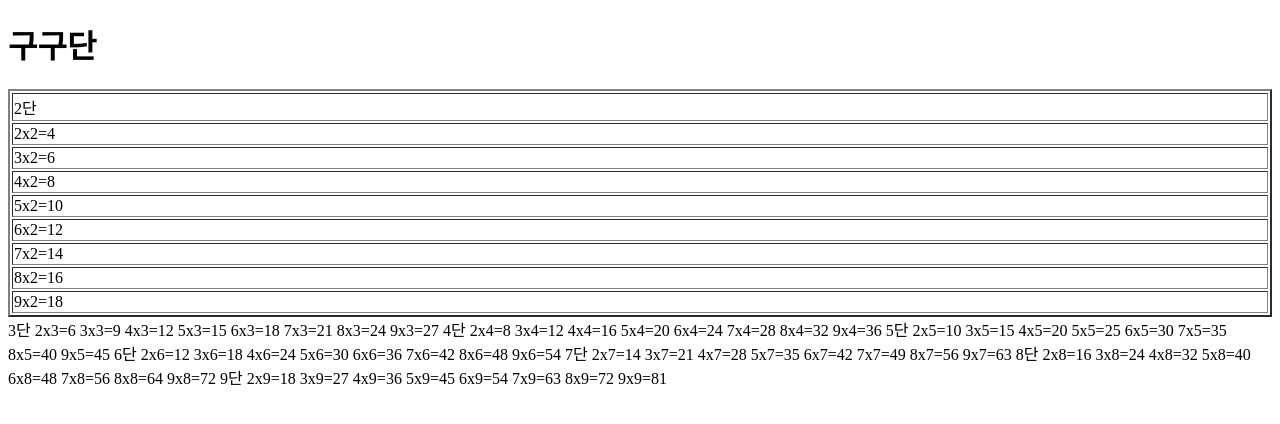
Repository: hwa3845/fullstackjava
Page: http://localhost/web02/ex04.jsp
An editor plug-in stored every save of this project. The page is shown before and after the next save, followed by the edit.
The browser window is 1280 px wide. The pictures show the whole page.
The page is served by Tomcat 9.

Above is the page before, as saved 2025-04-15 02:57:16.

### webWorkspace/web02/WebContent/ex04.jsp
<%@ page language="java" contentType="text/html; charset=UTF-8"
    pageEncoding="UTF-8"%>
<!DOCTYPE html PUBLIC "-//W3C//DTD HTML 4.01 Transitional//EN" "http://www.w3.org/TR/html4/loose.dtd">
<html>
<head>
<meta http-equiv="Content-Type" content="text/html; charset=UTF-8">
<title>Insert title here</title>
</head>
<body>
<h1>구구단</h1>
<table border="2" width="100%">
<tr>
<%for(int i=2; i<10; i++){%>
<td><%out.print(i+"단");%></td>
<%for(int j=2; j<10; j++){ %>
<tr><td><%out.print(j+"x"+i+"="+j*i);%></td></tr>
<% }%>

</tr>
</table>
<%
}
%>
</body>
</html>

After the next save:
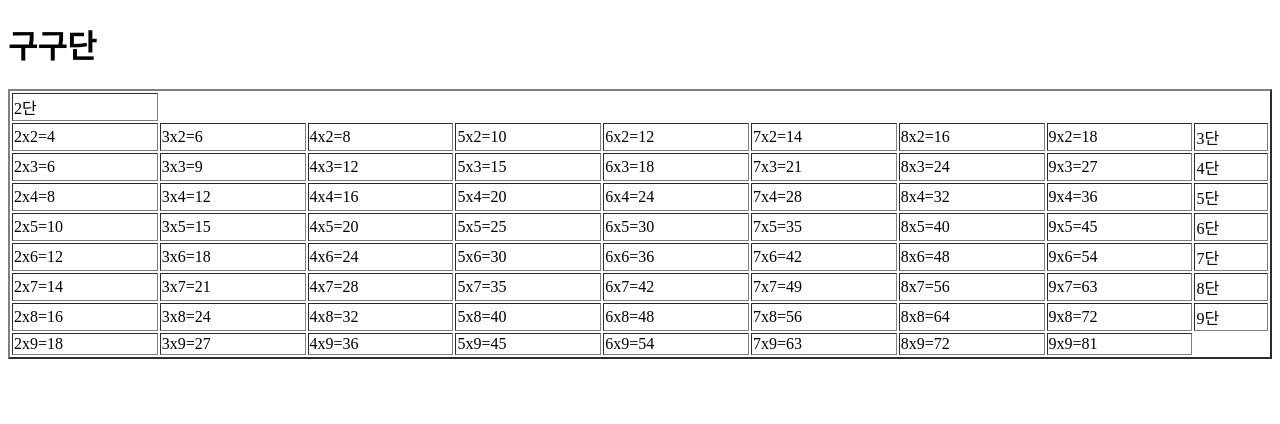
Saved 53 s later.
--- a/webWorkspace/web02/WebContent/ex04.jsp
+++ b/webWorkspace/web02/WebContent/ex04.jsp
@@ -11,15 +11,13 @@
 <table border="2" width="100%">
 <tr>
 <%for(int i=2; i<10; i++){%>
-<td><%out.print(i+"단");%></td>
+<td><%out.print(i+"단");%></td></tr>
 <%for(int j=2; j<10; j++){ %>
-<tr><td><%out.print(j+"x"+i+"="+j*i);%></td></tr>
-<% }%>
+<td><%out.print(j+"x"+i+"="+j*i);%></td>
+<% }}%>
 
-</tr>
+
 </table>
-<%
-}
-%>
+
 </body>
 </html>
